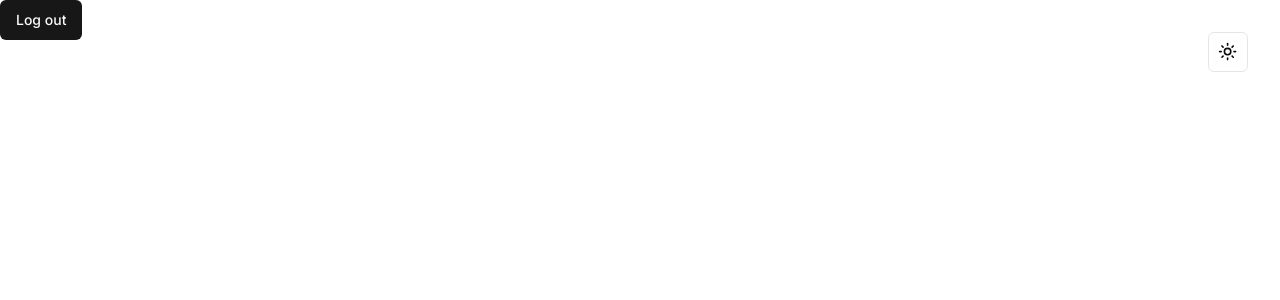
Repository: nickgoel31/authentication-toolkit
Page: /dashboard
An editor plug-in stored every save of this project. The page is shown before and after the next save, followed by the edit.
The browser window is 1280 px wide. The pictures show the whole page.
The page's requests for data from a server got no answer. The project was rebuilt for these pictures with package versions that can differ from the ones it lists, and the page was loaded fresh each time. The framework's server and built-in components were replaced by stand-ins that run in the browser. No one was signed in, and anything a server would have sent is missing. Also part of the build but not shown: next.config.mjs.

Above is the page before, as saved 2024-02-04 19:15:47.

After the next save:
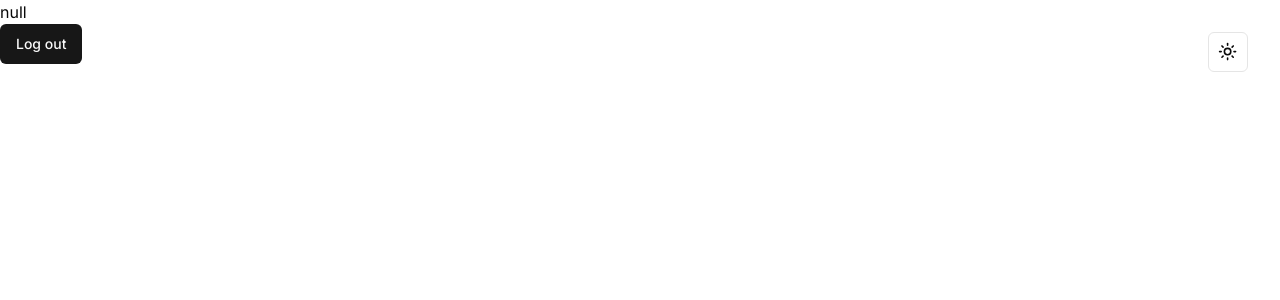
Saved 11 s later.
--- a/app/(protected)/dashboard/page.tsx
+++ b/app/(protected)/dashboard/page.tsx
@@ -8,6 +8,7 @@ const DashboardPage = async () => {
 
   return (
     <div>
+      {JSON.stringify(session)}
       <form action={async () => {
         "use server"
 
